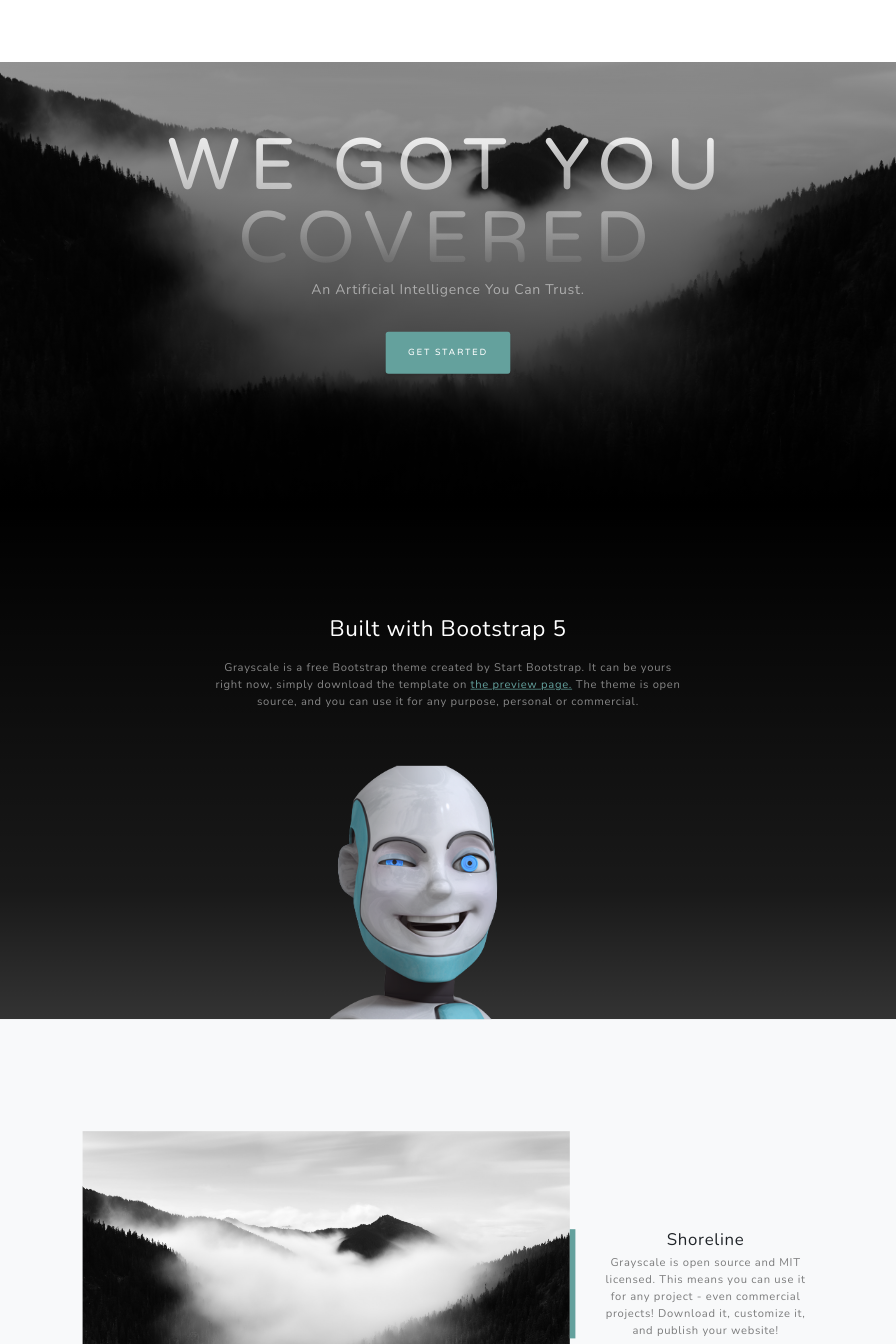
Repository: seyicoded/ico_one
Page: docs/index.html
The author's editor kept a copy of each file at every save. The page is drawn from the files as they stood at one save, then again after the next save.
The browser window is 1280 px wide. The pictures show the part of the page from y = 0 to 1920 px (the page is 4101 px tall), at 70% of full size.

Above is the page before, as saved 2022-02-13 15:57:13.

After the next save:
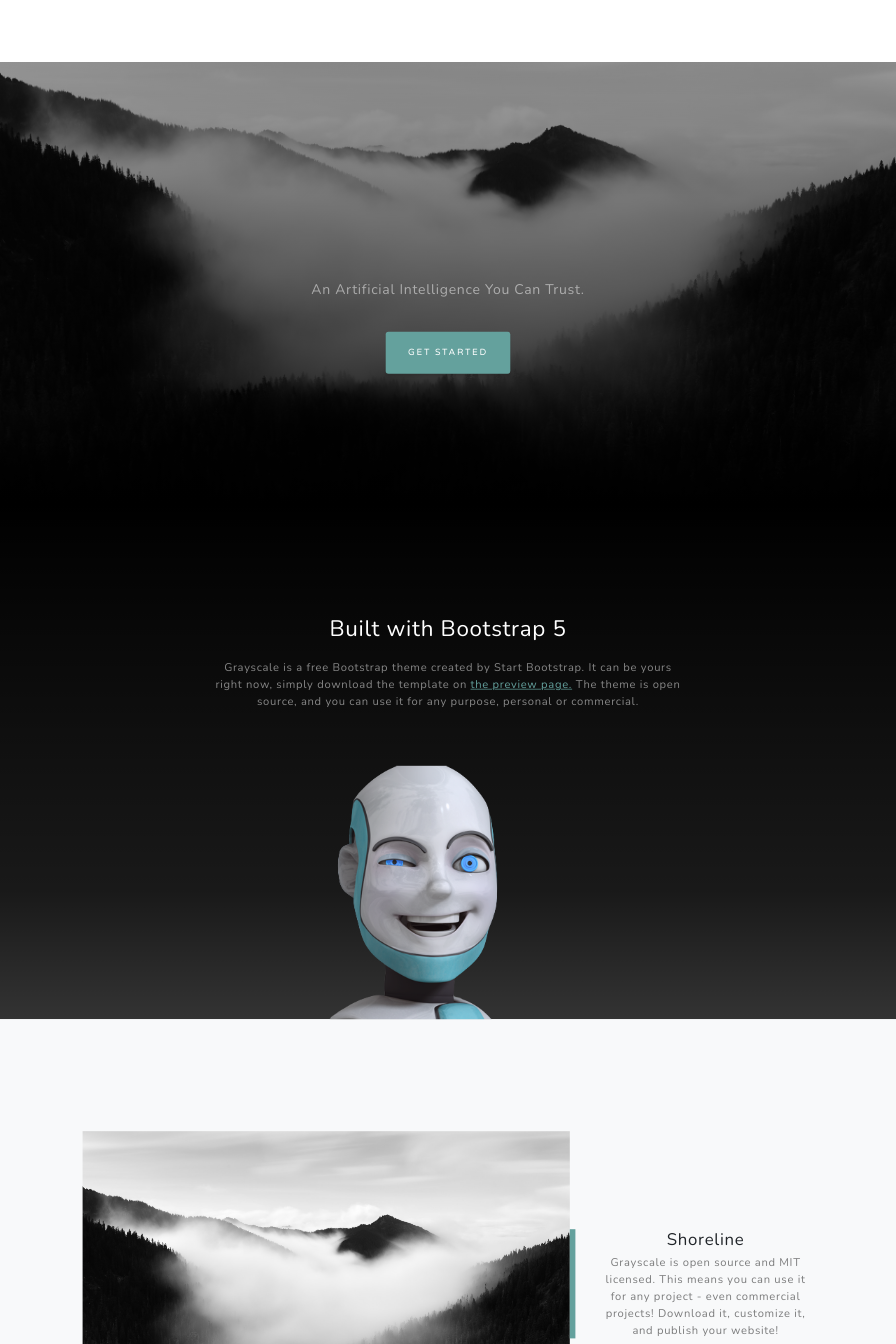
Saved 41 s later.
--- a/docs/index.html
+++ b/docs/index.html
@@ -18,6 +18,10 @@
         <script src="js/jquery.js"></script>
         <script src="js/wow.js"></script>
         <script src="js/bs.js"></script>
+        <script type="text/javascript">
+            //Initiat WOW JS
+            new WOW().init();
+        </script>
     </head>
     <body id="page-top">
         <!-- Navigation-->

After the save that followed:
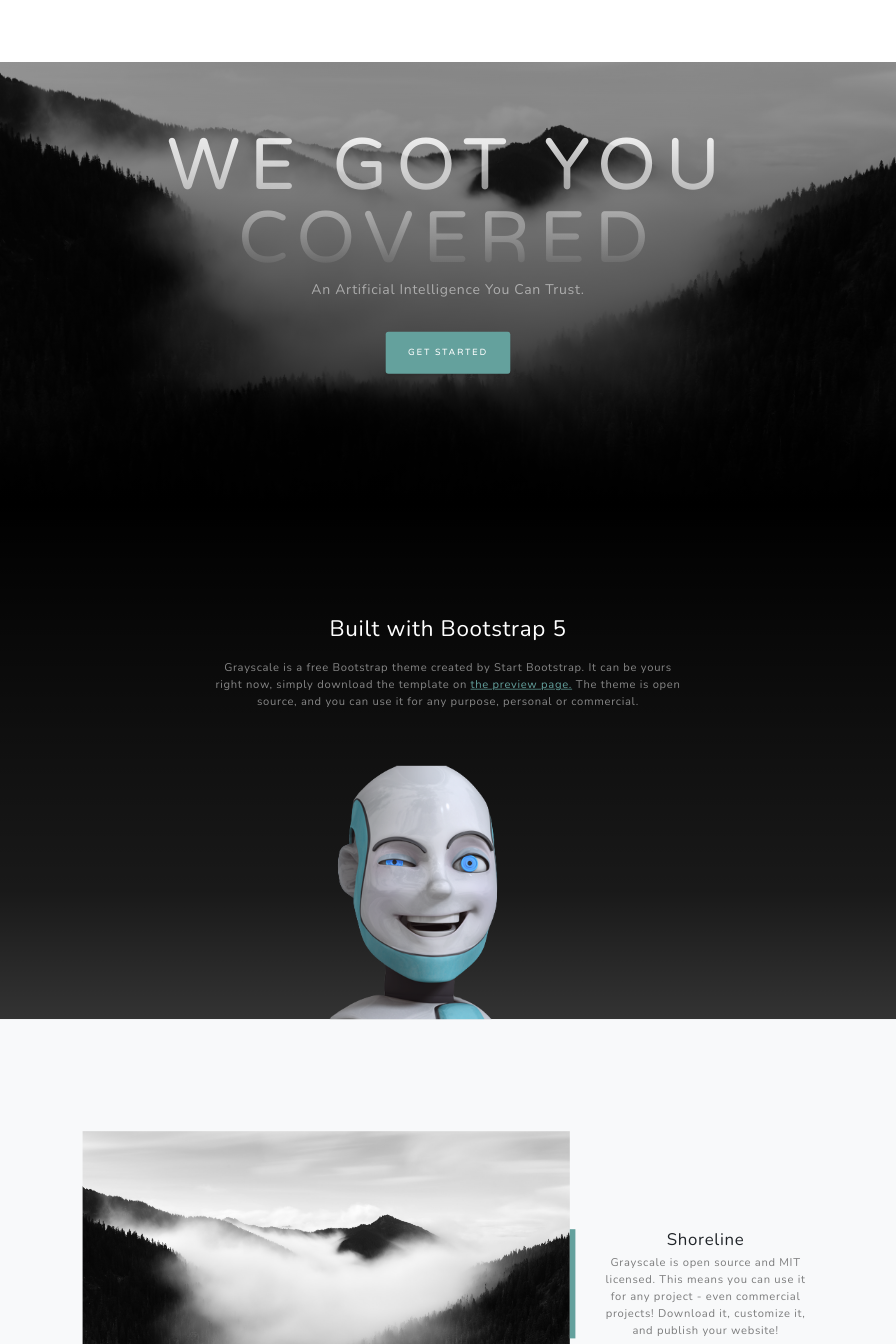
Saved 31 s later.
--- a/docs/index.html
+++ b/docs/index.html
@@ -46,7 +46,7 @@
             <div class="container px-4 px-lg-5 d-flex h-100 align-items-center justify-content-center">
                 <div class="d-flex justify-content-center">
                     <div class="text-center">
-                        <h1 class="mx-auto my-0 text-uppercase wow fadeIn animated" data-wow-duration="13390ms" data-wow-delay="13400ms">We Got You Covered</h1>
+                        <h1 class="mx-auto my-0 text-uppercase wow fadeIn animated" data-wow-duration="1390ms" data-wow-delay="1400ms">We Got You Covered</h1>
                         <h2 class="text-white-50 mx-auto mt-2 mb-5">An Artificial Intelligence You Can Trust.</h2>
                         <a class="btn btn-primary" href="#about">Get Started</a>
                     </div>
